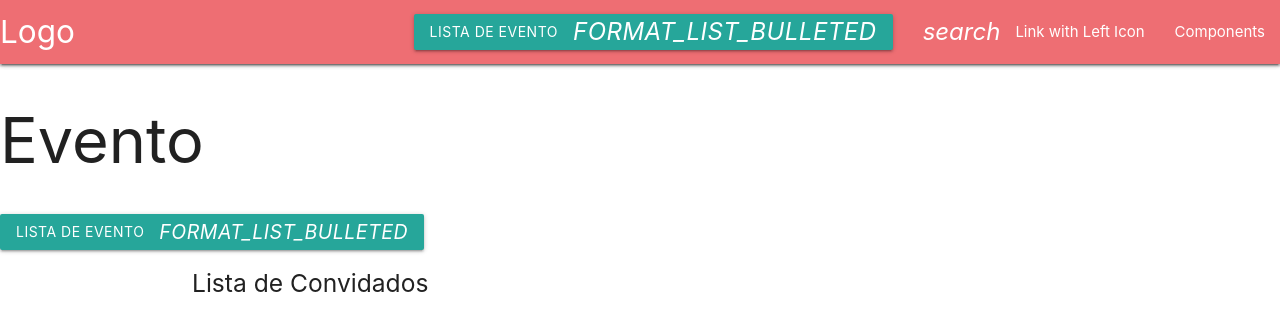
Repository: CaioCoutodePrograma/Eventosapp
Page: http://localhost/evento/detalhesEvento
The author's editor kept a copy of each file at every save. The page is drawn from the files as they stood at one save, then again after the next save.
The browser window is 1280 px wide. The pictures show the whole page.
The page is this project's Thymeleaf template; nobody is signed in. The template is opened directly, without the code that normally fills it, so the values that code supplies are empty.

Above is the page before, as saved 2020-03-02 23:01:55.

After the next save:
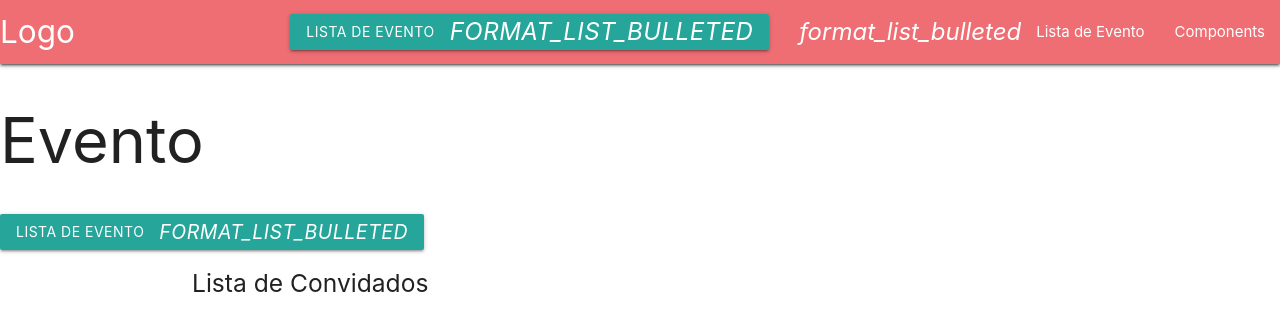
Saved 47 s later.
--- a/eventoapp/eventoapp/src/main/resources/templates/evento/detalhesEvento.html
+++ b/eventoapp/eventoapp/src/main/resources/templates/evento/detalhesEvento.html
@@ -21,11 +21,11 @@
 					<div class="nav-wrapper">
 						<a href="#!" class="brand-logo">Logo</a>
 						<ul class="right hide-on-med-and-down">
-							<li><a href="/eventos" class="waves-effect waves-light btn"><i
+							<li><a  class="waves-effect waves-light btn"><i
 									class="material-icons right">format_list_bulleted</i>Lista de
 									Evento</a></li>
-							<li><a href="sass.html"><i class="material-icons left">search</i>Link
-									with Left Icon</a></li>
+							<li><a href="/eventos"><i class="material-icons left">format_list_bulleted</i>Lista de
+									Evento</a></li>
 							<li><a href="badges.html">Components</a></li>
 						</ul>
 					</div>
